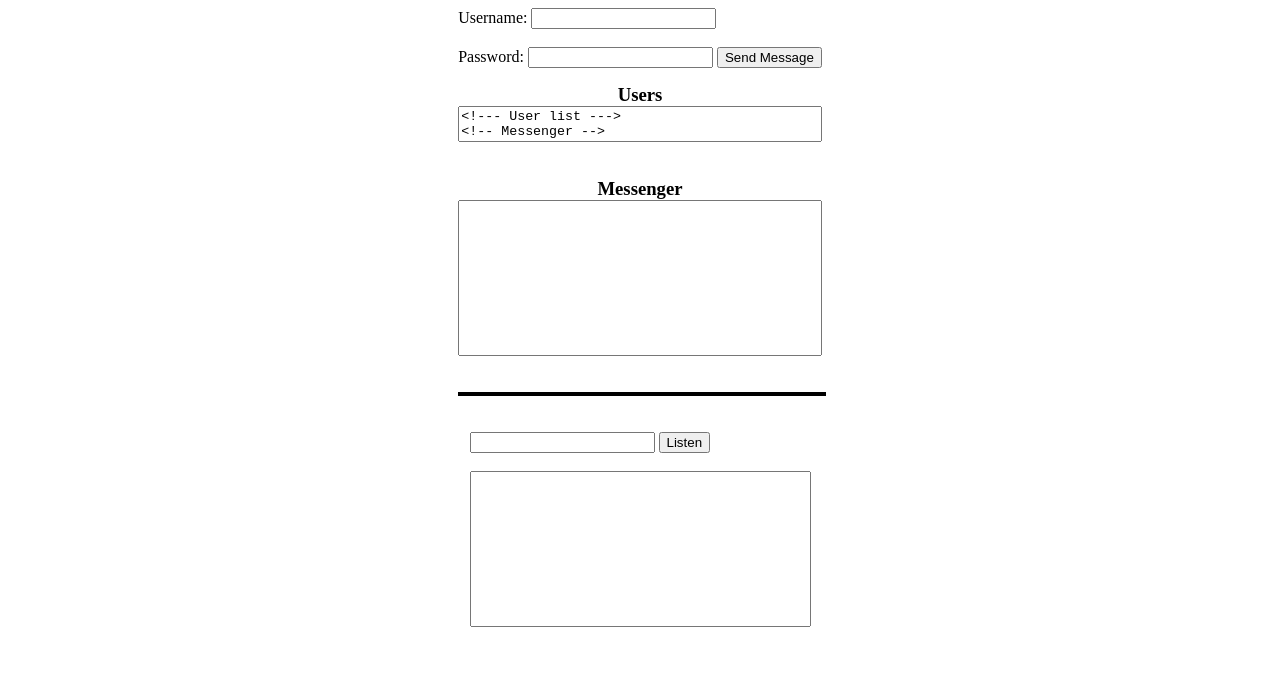
Repository: hosua/it-202
Page: http://localhost/
The author's editor kept a copy of each file at every save. The page is drawn from the files as they stood at one save, then again after a run of saves.
The browser window is 1280 px wide. The pictures show the whole page.
The page is run by PHP 8.4 with error messages shown; the project is at /var/www/html/. Queries for data that is not in the repository find no rows.

Above is the page before, as saved 2022-12-02 05:33:28.

### assign5/index.php
<html>
    <div class="container">
<?php
include 'info.php';

ini_set("display_errors", 1); // debugging
ini_set("display_startup_errors", 1); // debugging

if (mysqli_connect_errno()){ echo "Failed to connect to MySQL: " . mysqli_connect_error(); exit(); }
?>

<form method=post action="index.php">
    <label for=user>Username: </label>
    <input type=text id=user name=user>
    <br> <br>
    <label for=pass>Password: </label>
    <input type=password id=pass name=pass>
    <input type="submit" value="Send Message">
</form>

<h3 style="margin: auto;"> Users </h3>
<textarea readonly id=active-users name=active-users cols=20 rows=2>
<!--- User list --->
<?php
$sql = "SELECT * FROM Users;";
$query_res =$conn->query($sql);
while ($row = $query_res->fetch_assoc()) {
    echo $row['username'] . " ";
}
?>
<!-- Messenger -->
</textarea>
<br> <br>
<h3 style="margin: auto;"> Messenger </h3>
<textarea id=messenger name=messenger cols=40 rows=10>
<?php
    // keyup event => ajax behavior
    // 1st group of ajax functions -- http1 object & functions
    // content copied to database, php does SQL update
?>
</textarea>
<br> <br>
<span class=warning id=warning>
<?php
 // error message here if user fails to login
?>
</span>
</div> <!-- messenger-container -->
<br> <br>
<!-- Listener -->
<div class=container>
    <label for=listener-name>
    <input type=text id=listener-name name=listener-name>
    <button type=button id=listener-button>Listen</button>
    <br> <br>
    <textarea id=listener name=listener cols=40 rows=10>
    </textarea>
</div> <!-- listener-container -->

<link rel="stylesheet" href="styles.css">

</html>

### assign5/info.php
<?php
	session_start();
	$dbserver= "localhost";
	$dbuser= "hoswoo";
	$dbpass = "m1z0m1z0";
	$dbname = "it202";

	$active_page = basename($_SERVER["PHP_SELF"], ".php");

	// This is how to make a .php page unvisitable.
	// User should never be able to visit this page since it only holds information and functions.
	if ( $_SERVER['REQUEST_METHOD']=='GET' && realpath(__FILE__) == realpath( $_SERVER['SCRIPT_FILENAME'] ) ) {
		header("location: index.php");
	}

	$conn = mysqli_connect($dbserver,$dbuser,$dbpass,$dbname);
	if (mysqli_connect_errno()){ echo "Failed to connect to MySQL: " . mysqli_connect_error(); exit(); }
?>

<link rel="stylesheet" href="styles.css">

### assign5/styles.css
.warning {
    border: 2px solid black;
    background-color: red;
    position: relative;
    width: 100%;
}

.container {
    display: grid;
    justify-content: center;
    align-items: center;
}

#active-users {
    resize: none;
}

#messenger {
    resize: none;
}

#listener {
    position: relative;
    width: 100%;
    resize: none;
}

After the next 2 saves:
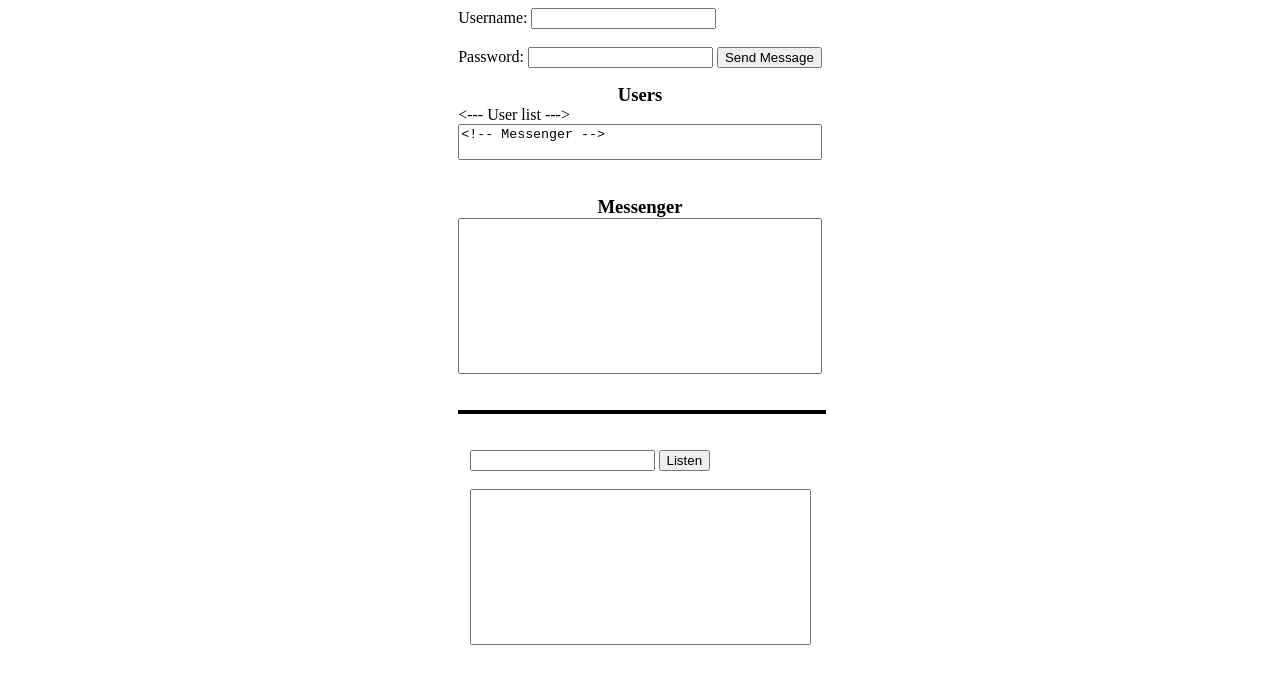
The 2 saves are shown as one change because they came seconds apart.
The last was saved 7 s later.
--- a/assign5/index.php
+++ b/assign5/index.php
@@ -19,8 +19,8 @@ if (mysqli_connect_errno()){ echo "Failed to connect to MySQL: " . mysqli_connec
 </form>
 
 <h3 style="margin: auto;"> Users </h3>
+<--- User list --->
 <textarea readonly id=active-users name=active-users cols=20 rows=2>
-<!--- User list --->
 <?php
 $sql = "SELECT * FROM Users;";
 $query_res =$conn->query($sql);
